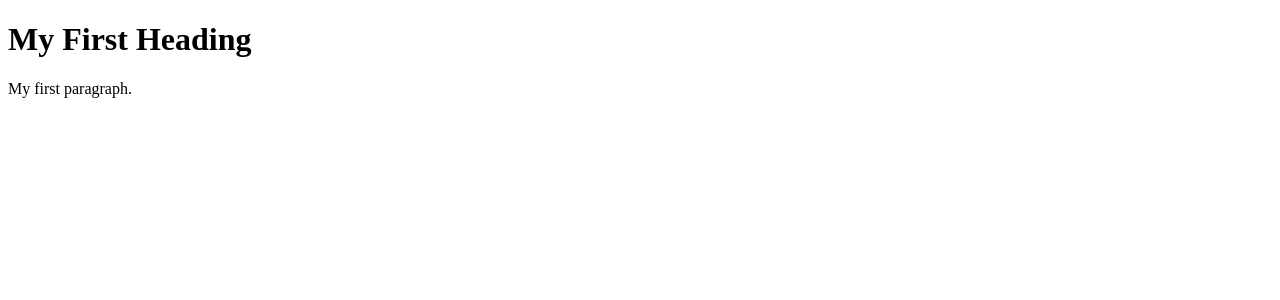
Repository: GunnarStone/GunnarStone.github.io
Page: index.html
The author's editor kept a record of every edit. The page is drawn from the files as they stood at one moment, then again after the next edit.
The browser window is 1280 px wide. The pictures show the whole page.

Above is the page before.

### index.html
<!DOCTYPE html>
<html>
    <head>
        <style type="text/css">

        </style>
        <title>Page Title</title>
    </head>
    <body>

    <h1>My First Heading</h1>
    <p>My first paragraph.</p>

    </body>
</html>

After the next edit:
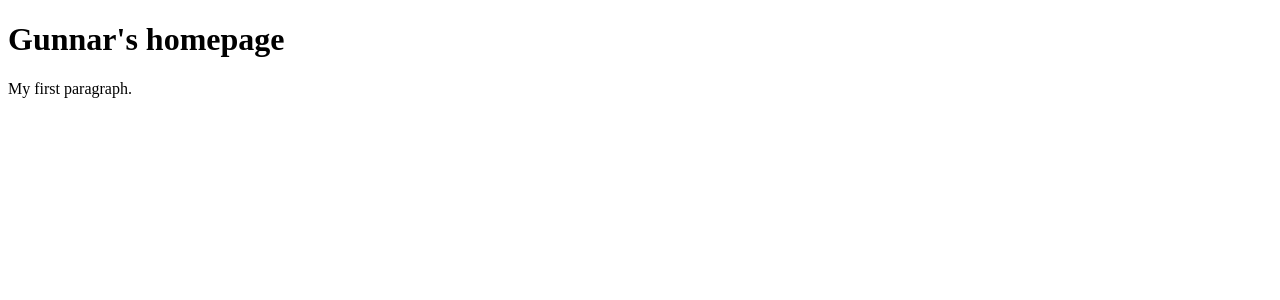
The edit:
--- a/index.html
+++ b/index.html
@@ -8,7 +8,7 @@
     </head>
     <body>
 
-    <h1>My First Heading</h1>
+    <h1>Gunnar's homepage</h1>
     <p>My first paragraph.</p>
 
     </body>
